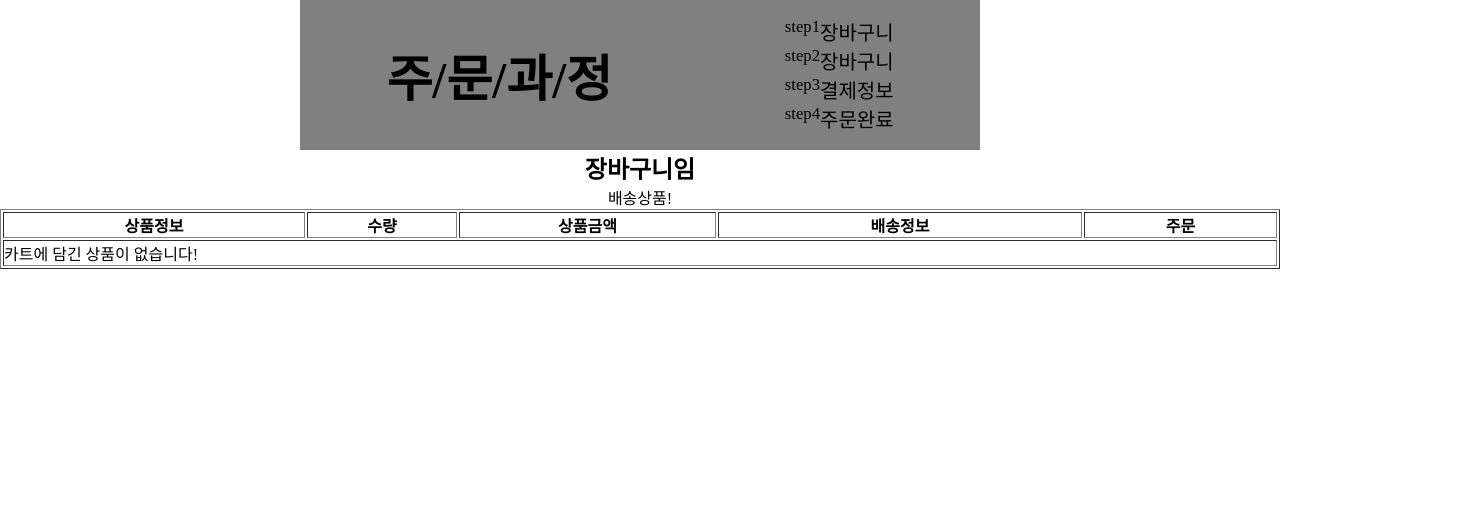
Repository: kym-1000/book
Page: http://localhost/book/WEB-INF/views/cart/cart1.jsp
An editor plug-in stored every save of this project. The page is shown before and after the next save, followed by the edit.
The browser window is 1280 px wide. The page is 1280 px wide, then 1480 px, so the pictures cover 1480 px, including what lies to the right of the window. The pictures show the whole page.
The page is served by Tomcat 9. Nobody is signed in. Other server files are loaded and not shown. The template is opened directly, without the code that normally fills it, so the values that code supplies are empty.

Above is the page before, as saved 2023-01-02 08:44:47.

### book/book/src/main/webapp/WEB-INF/views/cart/cart1.jsp
<%@ page language="java" contentType="text/html; charset=UTF-8"
    pageEncoding="UTF-8"%>
<!DOCTYPE html>
<html>
<head>
<meta charset="UTF-8">
<title>Insert title here</title>
	<style type="text/css">

		*{
			margin: auto;
			padding: 0;
		}

	</style>
</head>
<body>

	<jsp:include page="../cart/cartheader.jsp"></jsp:include>


	<h2 style="text-align: center;">장바구니임</h2>

	<table  width="100%"  border="1" id="table">
	<caption >
      배송상품!
    </caption> <colgroup >
    <col  width="40"> <col  width="100">
     <col  width="*"> <col  width="70">
      <col  width="120"> <col  width="170">
      <col  width="90"></colgroup> <thead >
      <tr ><th  colspan="3" scope="col" class="txt">상품정보</th>
      <th  scope="col" class="txt">수량</th>
      <th  scope="col" class="txt">상품금액</th>
      <th  scope="col" class="txt">배송정보</th>
      <th  scope="col" class="txt lastCol">주문</th></tr></thead>
      <tbody >
      <tr >
      <td  colspan="7" class="noData"><p  class="txt_tit">카트에 담긴 상품이 없습니다!</p>
      </td>
      </tr>
      </tbody>
      </table>
</body>
</html>

### book/book/src/main/webapp/WEB-INF/views/cart/cartheader.jsp
<%@ page language="java" contentType="text/html; charset=UTF-8"
    pageEncoding="UTF-8"%>
<%@ taglib uri="http://java.sun.com/jsp/jstl/core" prefix="c" %>
<!DOCTYPE html>
<html>
<head>
<meta charset="UTF-8">
<title>Insert title here</title>
<style type="text/css">

	#pagetop{
		margin-left: 300px;
		margin-right: 300px;
	    background-color: grey;
	    font-size: 20px;
		height: 150px;
		display : flex;
	  	/* justify-content : center; */
	  	align-items : center;
	}

</style>
</head>
<body>


	<div id="pagetop">
		<h2 style="text-align: left; font-size: 50px">
			주/문/과/정
		</h2>
		<div style="text-align: right;">

		<c:choose >
		<c:when test="${msg eq 1}">
		<div style="color: red">
		<sup>step1</sup>장바구니
		</div>
		</c:when>
		<c:otherwise>
		<div>
		<sup>step1</sup>장바구니
		</div>
		</c:otherwise>
		</c:choose>

		<c:choose>
		<c:when test="${msg eq 2}">
		<div style="color: red">
		<sup>step2</sup>배송정보
		</div>
		</c:when>
		<c:otherwise>
		<div>
		<sup>step2</sup>장바구니
		</div>
		</c:otherwise>
		</c:choose>

		<c:choose>
		<c:when test="${msg eq 3}">
		<div style="color: red">
		<sup>step3</sup>결제정보
		</div>
		</c:when>
		<c:otherwise>
		<div>
		<sup>step3</sup>결제정보
		</div>
		</c:otherwise>
		</c:choose>

		<c:choose>
		<c:when test="${msg eq 4}">
		<div style="color: red">
		<sup>step4</sup>주문완료
		</div>
		</c:when>
		<c:otherwise>
		<div>
		<sup>step4</sup>주문완료
		</div>
		</c:otherwise>
		</c:choose>

		</div>
	</div>

</body>
</html>

After the next save:
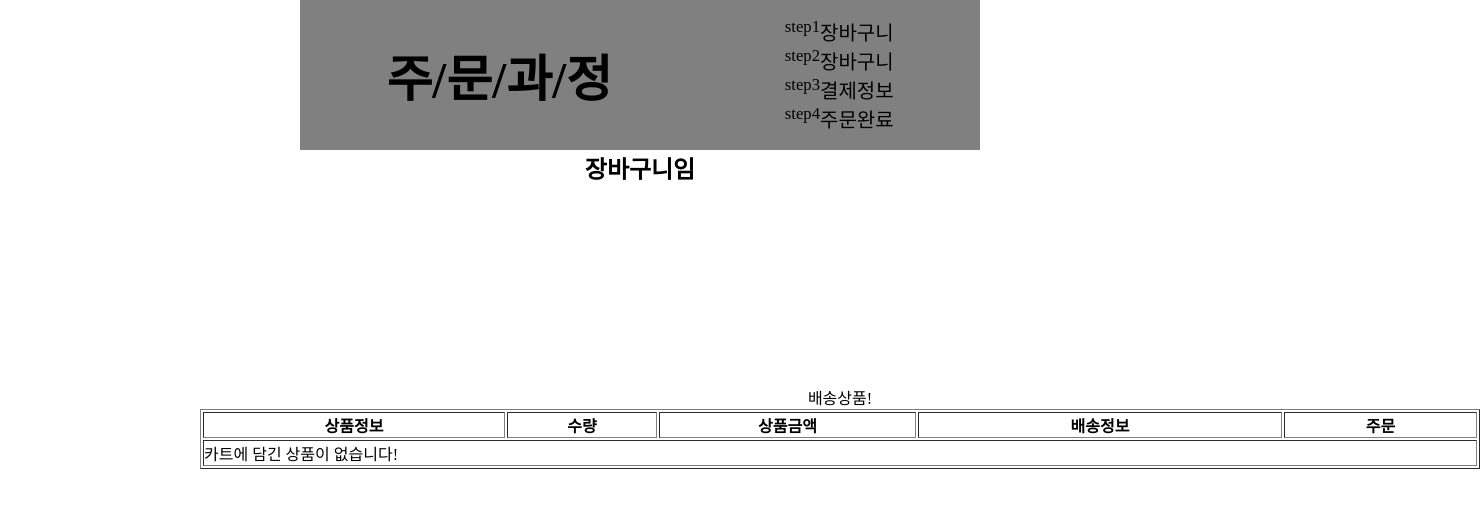
Saved 23 s later.
--- a/book/book/src/main/webapp/WEB-INF/views/cart/cart1.jsp
+++ b/book/book/src/main/webapp/WEB-INF/views/cart/cart1.jsp
@@ -10,6 +10,10 @@
 		*{
 			margin: auto;
 			padding: 0;
+		}
+
+		#table{
+			margin: 200px
 		}
 
 	</style>
